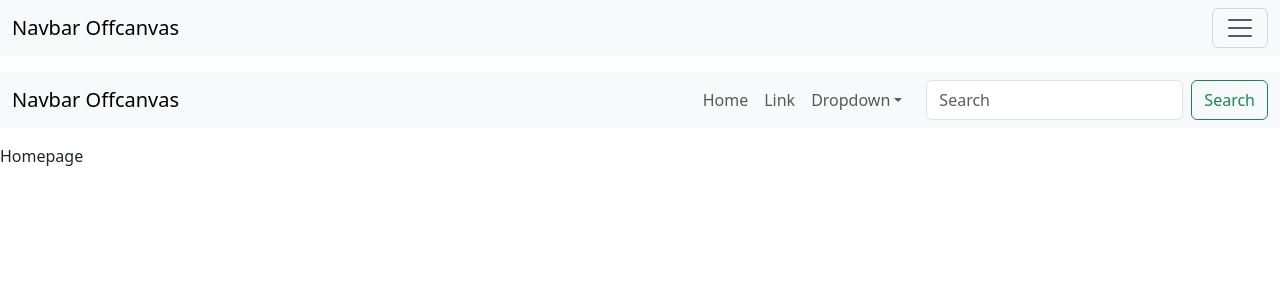
Repository: Luisossandoval/LuisHomePage
Page: /
The author's editor kept a copy of each file at every save. The page is drawn from the files as they stood at one save, then again after the next save.
The browser window is 1280 px wide. The pictures show the whole page.
The project was rebuilt for these pictures with package versions that can differ from the ones it lists, and the page was loaded fresh each time. Also part of the build but not shown: src/App.css, src/layout/AppLayout.module.css, src/pages/NotFoundPage/NotFoundPage.jsx. Imported but missing from the stored project, and not drawn on this page: src/pages/Biography/Biography.

Above is the page before, as saved 2024-10-16 22:58:48.

### src/App.js
import "./App.css";
import Homepage from "./pages/Homepage/Homepage";
import Biography from "./pages/Biography/Biography";
import { Routes, Route } from "react-router-dom";
import AppLayout from "./layout/AppLayout";
import NotFoundPage from "./pages/NotFoundPage/NotFoundPage";
import "bootstrap/dist/css/bootstrap.min.css";
import "./style.css";

function App() {
  return (
    <Routes>
      <Route path='/' element={<AppLayout />}>
        <Route index element={<Homepage />} />
        <Route path='biography' element={<Biography />} />
      </Route>
      <Route path='*' element={<NotFoundPage />} />
    </Routes>
  );
}

export default App;

### src/layout/AppLayout.js
import React from "react";
import Button from "react-bootstrap/Button";
import Container from "react-bootstrap/Container";
import Form from "react-bootstrap/Form";
import Nav from "react-bootstrap/Nav";
import Navbar from "react-bootstrap/Navbar";
import NavDropdown from "react-bootstrap/NavDropdown";
import Offcanvas from "react-bootstrap/Offcanvas";
import styles from "./AppLayout.module.css";
import { Outlet } from "react-router-dom";

const AppLayout = () => {
  return (
    <div>
      {[false, "md"].map((expand) => (
        <Navbar key={expand} expand={expand} className='bg-body-tertiary mb-3'>
          <Container fluid>
            <Navbar.Brand href='#'>Navbar Offcanvas</Navbar.Brand>
            <Navbar.Toggle aria-controls={`offcanvasNavbar-expand-${expand}`} />
            <Navbar.Offcanvas
              id={`offcanvasNavbar-expand-${expand}`}
              aria-labelledby={`offcanvasNavbarLabel-expand-${expand}`}
              placement='end'
            >
              <Offcanvas.Header closeButton>
                <Offcanvas.Title id={`offcanvasNavbarLabel-expand-${expand}`}>
                  Offcanvas
                </Offcanvas.Title>
              </Offcanvas.Header>
              <Offcanvas.Body>
                <Nav className='justify-content-end flex-grow-1 pe-3'>
                  <Nav.Link href='#action1'>Home</Nav.Link>
                  <Nav.Link href='#action2'>Link</Nav.Link>
                  <NavDropdown
                    title='Dropdown'
                    id={`offcanvasNavbarDropdown-expand-${expand}`}
                  >
                    <NavDropdown.Item href='#action3'>Action</NavDropdown.Item>
                    <NavDropdown.Item href='#action4'>
                      Another action
                    </NavDropdown.Item>
                    <NavDropdown.Divider />
                    <NavDropdown.Item href='#action5'>
                      Something else here
                    </NavDropdown.Item>
                  </NavDropdown>
                </Nav>
                <Form className='d-flex'>
                  <Form.Control
                    type='search'
                    placeholder='Search'
                    className='me-2'
                    aria-label='Search'
                  />
                  <Button variant='outline-success'>Search</Button>
                </Form>
              </Offcanvas.Body>
            </Navbar.Offcanvas>
          </Container>
        </Navbar>
      ))}
      <Outlet></Outlet>
    </div>
  );
};

export default AppLayout;

### src/style.css
@import url("https://fonts.googleapis.com/css2?family=Noto+Sans:ital,wght@0,100..900;1,100..900&display=swap");

body {
  font-family: "Noto Sans", sans-serif;
  font-style: normal;
}

Loaded but not shown: public/index.html (common file); src/index.js (common file); src/index.css (common file); src/reportWebVitals.js (common file); src/pages/Homepage/Homepage.jsx (common file)

After the next save:
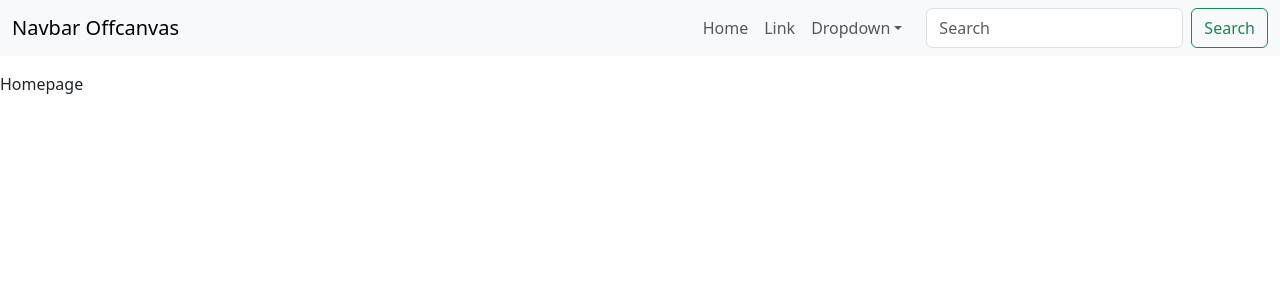
Saved 20 s later.
--- a/src/layout/AppLayout.js
+++ b/src/layout/AppLayout.js
@@ -12,7 +12,7 @@ import { Outlet } from "react-router-dom";
 const AppLayout = () => {
   return (
     <div>
-      {[false, "md"].map((expand) => (
+      {["md"].map((expand) => (
         <Navbar key={expand} expand={expand} className='bg-body-tertiary mb-3'>
           <Container fluid>
             <Navbar.Brand href='#'>Navbar Offcanvas</Navbar.Brand>
